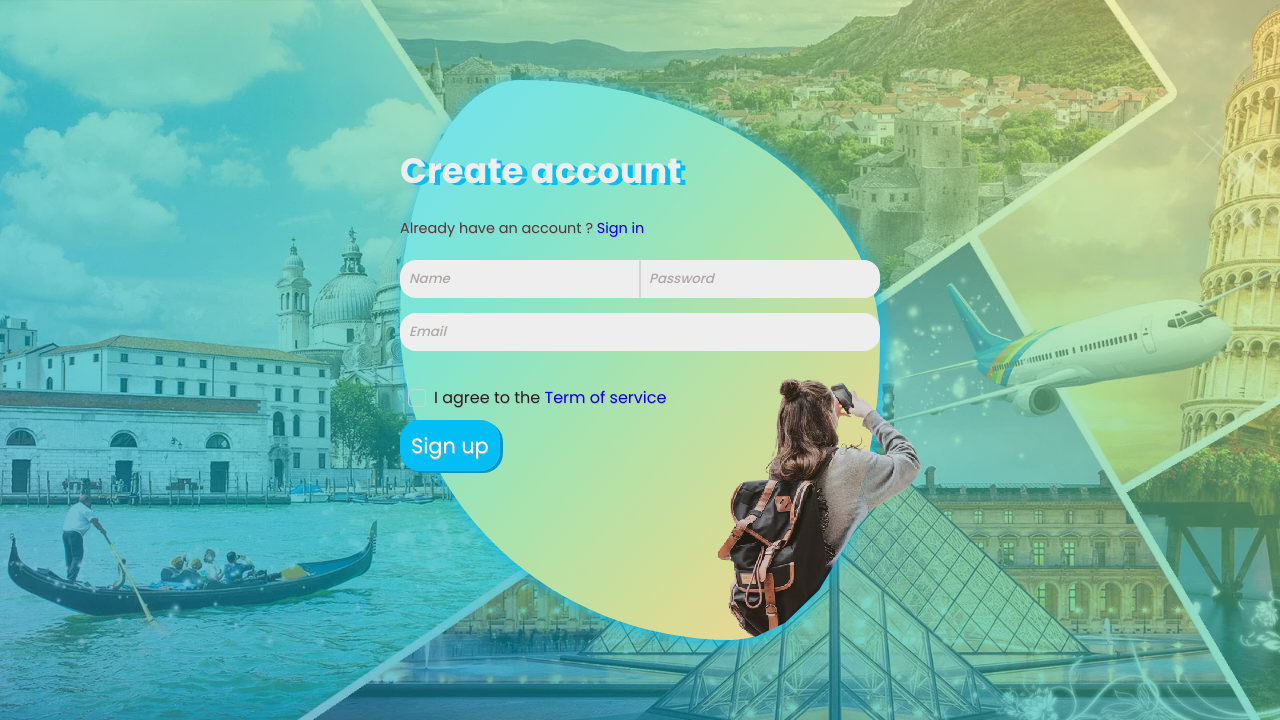
Repository: Yuukicoder/Techfest1
Page: signup.html
These files come from the project's save history. The page is drawn as it stood at one moment and after the next save; the edit follows.
The browser window is 1280 px wide. The pictures show the whole page.
Some web fonts or font styles are not loaded; a fallback is used.

Above is the page before, as saved 2022-11-05 21:21:41.

### signup.html
<!DOCTYPE html>
<html lang="en">
  <head>
    <meta charset="UTF-8" />
    <meta http-equiv="X-UA-Compatible" content="IE=edge" />
    <meta name="viewport" content="width=device-width, initial-scale=1.0" />
    <link rel="stylesheet" href="signup.css" />
    <title>Signup</title>
  </head>
  <body>
    <div id="scroll-progress"></div>
    <div class="box">
      <div class="signup">
        <!-- ======================================HEADING=============================================================== -->
        <div class="signup__heading">Create account</div>

        <!-- ======================================SIGNIN=============================================================== -->

        <p class="signup__already">
          Already have an account ? <a href="#" class="signup__link">Sign in</a>
        </p>
        <!-- =======================================NAME+PASSWORD============================================================== -->

        <form action="#" class="signup__form">
          <div class="form__group form__group--2">
            <input type="text" class="form__input" placeholder="Name" />
            <input type="text" class="form__input" placeholder="Password" />
          </div>
          <!-- =======================================EMAIL============================================================== -->

          <div class="form__group">
            <input type="text" class="form__input" placeholder="Email" />
          </div>
          <!-- ======================================SVG CHECKBOX=============================================================== -->

          <svg class="checkbox-symbol">
            <symbol id="check" viewbox="0 0 12 10">
              <polyline
                points="1.5 6 4.5 9 10.5 1"
                stroke-linecap="round"
                stroke-linejoin="round"
                stroke-width="2"
              ></polyline>
            </symbol>
          </svg>

          <div class="checkbox-container">
            <input class="checkbox-input" id="apples" type="checkbox" />
            <label class="checkbox" for="apples">
              <span>
                <svg width="12px" height="10px">
                  <use xlink:href="#check"></use>
                </svg>
              </span>
              <span>
                I agree to the
                <a href="#" class="signup__link">Term of service</a>
              </span>
            </label>
          </div>
          <!-- ======================================BUTTON SIGNUP=============================================================== -->

          <div class="form__group">
            <div class="button-border">
              <form action="index.html">
                <a href="index.html" class="button"><span> Sign up </span></a>
              </form>
            </div>
          </div>
        </form>
      </div>
      <!-- ===========================================IMAGE========================================================== -->

      <img src="Image/signup2.png" alt="anh1" />
      <!-- ===================================================================================================== -->
    </div>
    <script src="app.js"></script>
  </body>
</html>

### signup.css
@import url("https://fonts.googleapis.com/css2?family=Caveat:wght@400;600&family=Hurricane&family=Poppins:wght@100;200;300;400;500;600;700;800;900&family=Satisfy&display=swap");
* {
  margin: 0;
  box-sizing: border-box;
  /* border: 1px solid black; */
  font-family: "Poppins", sans-serif;
}
:root {
  --text-color: #463f3a;
  --link-color: #0000ee;
  --shadow-color: rgb(3, 189, 245);
}
/* =================================BODY======================================================== */

body {
  background-image: linear-gradient(
      to right top,
      rgba(61, 126, 170, 0.6),
      rgba(0, 162, 183, 0.6),
      rgba(58, 193, 165, 0.6),
      rgba(156, 216, 134, 0.6),
      rgba(255, 228, 122, 0.6)
    ),
    url("./Image/signup1.webp");
  object-position: center;
  object-fit: cover;
  background-size: cover;
  background-repeat: no-repeat;
  width: 100vw;
  height: 100vh;
  display: flex;
  align-items: center;
  justify-content: center;
}
#scroll-progress {
  position: fixed;
  top: 0;
  width: 0%;
  height: 4px;
  background: #7983ff;
  z-index: 10000;
}
body::-webkit-scrollbar {
  display: none;
}
/* =================================IMAGE======================================================== */
img {
  image-rendering: pixelated;
  height: 65%;
  /* transform: translate(300px,199px); */
  transform: translate(184px, 99px);
  opacity: 0.9;
  clip-path: polygon(
    100% 0,
    100% 61%,
    65% 67%,
    48% 86%,
    34% 95%,
    18% 100%,
    0 100%,
    0 0,
    47% 0,
    80% 0
  );
}
/* ==================================BOX======================================================= */

.box {
  background-image: linear-gradient(
    to right bottom,
    #70e1f5,
    #7ee5d3,
    #a7e3af,
    #d5dc96,
    #ffd194
  );
  border-radius: 25% 75% 31% 69% / 43% 47% 53% 57%;
  height: 35rem;
  width: 30rem;
  box-shadow: 3px 2px 1rem var(--shadow-color);
  display: flex;
  align-items: center;
  justify-content: center;
  position: relative;
}
/* ===========================HEADING+SIGNUP+SIGNIN--LINK+CHECKBOX--LINK============================================================== */

.signup__heading {
  font-size: 2.2rem;
  font-weight: bold;
  margin-bottom: 1.3rem;
  color: #eee;
  cursor: context-menu;
  text-shadow: 5px 2px var(--shadow-color);
}
.signup {
  position: absolute;
  top: 0;
  padding-top: 4rem;
  cursor: context-menu;
  text-shadow: 0.5px 0.5px rgb(185, 183, 183);
}
.signup__already {
  margin-bottom: 1.3rem;
  color: var(--text-color);
  font-size: 0.9rem;
}
.signup__link {
  text-decoration: none;
  background-image: linear-gradient(var(--link-color), var(--link-color));
  background-size: 0% 0.1em;
  background-position-y: 100%;
  background-position-x: 100%;
  background-repeat: no-repeat;
  transition: background-size 0.2s ease-in-out;
}
.signup__link:hover,
.signup__link:focus,
.signup__link:active {
  background-size: 100% 0.1em;
  background-position-x: 0%;
}
/* ================================NAME+PASSWORD+EMAIL========================================================= */

.form__group {
  margin-bottom: 15px;
}
.form__group--2 {
  display: flex;
  justify-content: space-between;
}
.form__input {
  font-family: "Poppins", sans-serif;
  padding: 0.5rem;
  border-radius: 1rem;
  outline: none;
  font-weight: 500;
  background-color: #eee;
  border: 1px solid transparent;
  transition: 0.2s linear;
  width: 100%;
}
.form__group--2 > .form__input:first-child {
  border-right-color: #d3d3d3;
}
.form__group--2 > .form__input:last-child {
  border-left-color: #d3d3d3;
}

.form__input:focus {
  border: none;
  background-color: white;
}

.form__group--2 > .form__input:last-child {
  border-top-left-radius: 0;
  border-bottom-left-radius: 0;
}
.form__group--2 > .form__input:first-child {
  border-top-right-radius: 0;
  border-bottom-right-radius: 0;
}
.form__input::-webkit-input-placeholder {
  color: rgb(173, 167, 167);
  font-style: italic;
}
/* =====================================BUTTON==================================================== */

.button {
  background-color: transparent;
  border: none;
  font-size: 1.3rem;
  color: #ffffff;
  outline: none;
  padding: 10px;
  width: 200px;
  position: relative;
  border-radius: 20px;
  background-color: var(--shadow-color);
  transition: 0.5s;
  box-shadow: 3px 2px rgb(1, 150, 199);
  border: 1px solid var(--shadow-color);
}

.button:hover {
  background-color: #0077ff;
  border-right: 1px solid white;
}

.button span {
  cursor: pointer;
  display: inline-block;
  position: relative;
  transition: 0.5s;
}

.button span:after {
  content: "\00bb";
  position: absolute;
  opacity: 0;
  top: 0;
  right: -20px;
  transition: 0.5s;
}

.button:hover span {
  padding-right: 25px;
}

.button:hover span:after {
  opacity: 1;
  right: 0;
}
/* ===================================SVG CHECKBOX====================================================== */

.checkbox-symbol {
  position: absolute;
  width: 0;
  height: 0;
  pointer-events: none;
  user-select: none;
}

.checkbox-container {
  box-sizing: border-box;
  color: #222;
  height: 64px;
  display: flex;
  justify-content: center;
  align-items: center;
  flex-flow: row wrap;
}

.checkbox-container * {
  box-sizing: border-box;
}

.checkbox-input {
  position: absolute;
  visibility: hidden;
}

.checkbox {
  user-select: none;
  cursor: pointer;
  padding: 6px 8px;
  border-radius: 6px;
  overflow: hidden;
  transition: all 0.3s ease;
  display: flex;
  position: absolute;
  left: 0;
}

.checkbox:not(:last-child) {
  margin-right: 6px;
}

.checkbox:hover {
  background: rgba(0, 119, 255, 0.06);
}

.checkbox span {
  vertical-align: middle;
  transform: translate3d(0, 0, 0);
}

.checkbox span:first-child {
  position: relative;
  flex: 0 0 18px;
  width: 18px;
  height: 18px;
  border-radius: 4px;
  transform: scale(1);
  border: 1px solid #cccfdb;
  transition: all 0.3s ease;
}

.checkbox span:first-child svg {
  position: absolute;
  top: 3px;
  left: 2px;
  fill: none;
  stroke: #fff;
  stroke-dasharray: 16px;
  stroke-dashoffset: 16px;
  transition: all 0.3s ease;
  transform: translate3d(0, 0, 0);
}

.checkbox span:last-child {
  padding-left: 8px;
  line-height: 18px;
}

.checkbox:hover span:first-child {
  border-color: #0077ff;
}

.checkbox-input:checked + .checkbox span:first-child {
  background: #0077ff;
  border-color: #0077ff;
  animation: zoom-in-out 0.3s ease;
}

.checkbox-input:checked + .checkbox span:first-child svg {
  stroke-dashoffset: 0;
}

@keyframes zoom-in-out {
  50% {
    transform: scale(0.9);
  }
}
/* ========================================================================================= */
.left-to-right {
  transform: translateX(-150%);
}

.left-to-right.start {
  transition: 1.7s ease-in-out;
  transform: translateX(0);
}
.right-to-left {
  transform: translateX(150%);
}

.right-to-left.start {
  transition: 0.7s ease-in-out;
  transform: translateX(0);
}
.zoom {
  transform: scale(0);
}

.zoom.start {
  transition: 1.5s ease-in-out;
  transform: unset;
}

Loaded but not shown: app.js (no copy from this time; the picture is the same without it)

After the next save:
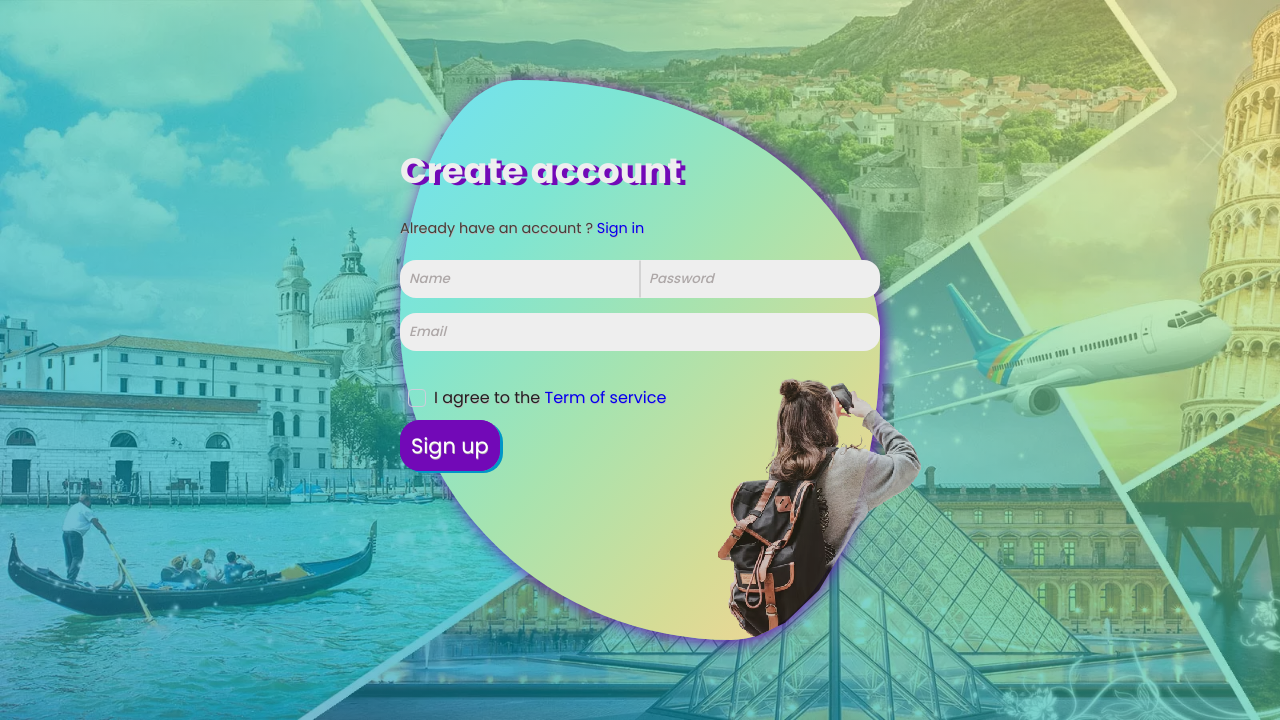
Saved 18 min 45 s later.
--- a/signup.css
+++ b/signup.css
@@ -8,7 +8,7 @@
 :root {
   --text-color: #463f3a;
   --link-color: #0000ee;
-  --shadow-color: rgb(3, 189, 245);
+  --shadow-color: #7209b7;
 }
 /* =================================BODY======================================================== */
 
